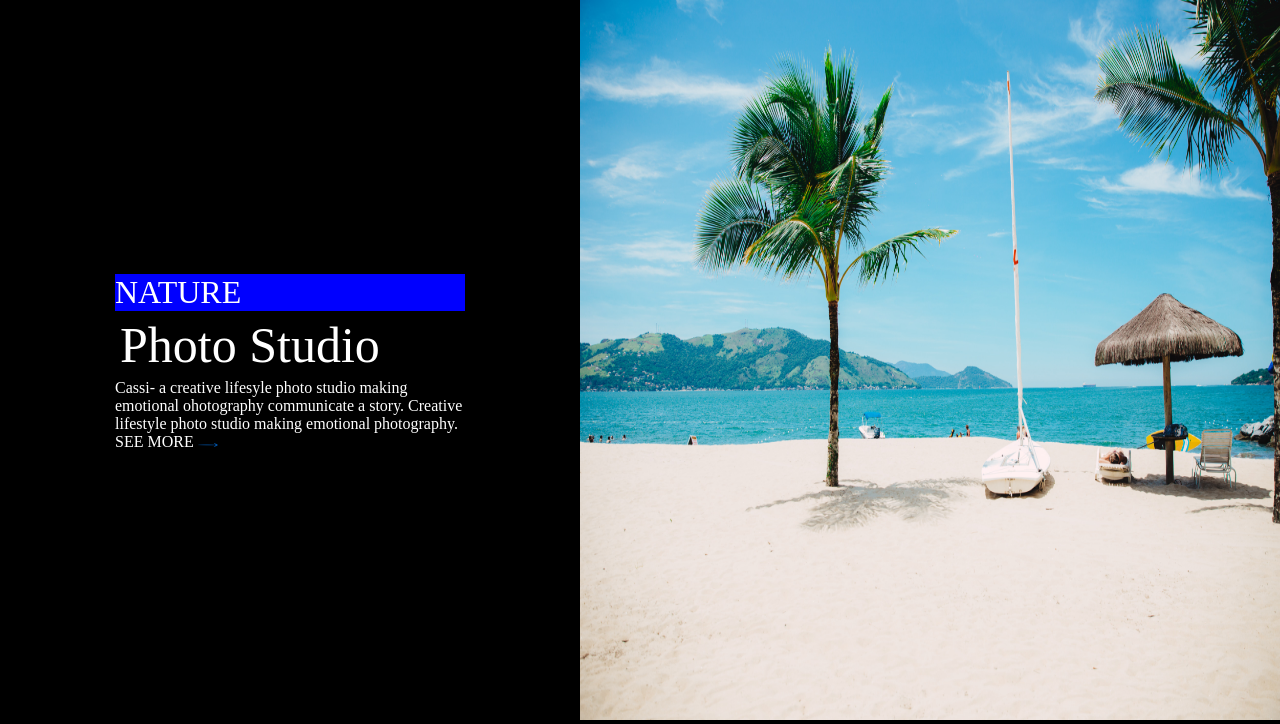
Repository: BRAspeaks/petty-project1
Page: petty project 1.html
An editor plug-in stored every save of this project. The page is shown before and after the next save, followed by the edit.
The browser window is 1280 px wide. The pictures show the whole page.

Above is the page before, as saved 2022-07-25 15:18:23.

After the next save:
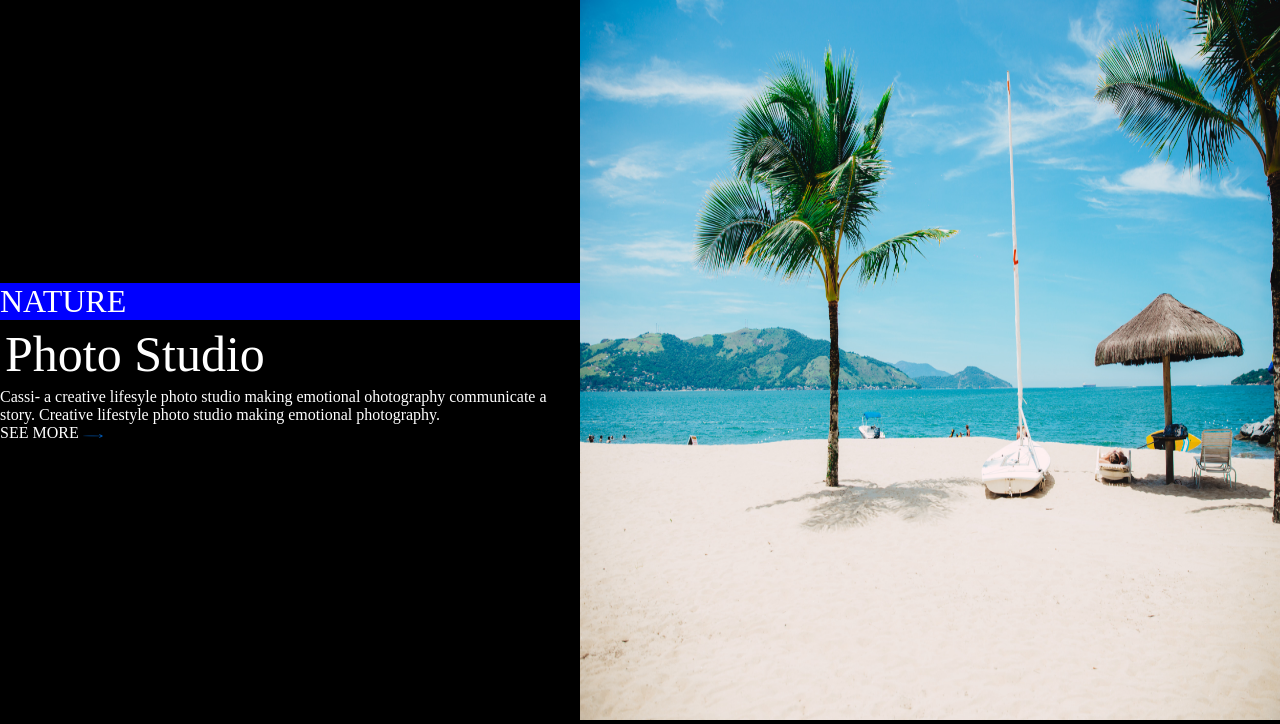
Saved 18 s later.
--- a/pettyproject1.css
+++ b/pettyproject1.css
@@ -14,7 +14,7 @@ body{
 }
 .main{
     text-align: left;
-    width: 350px;
+    width: 100%;
     /* margin-top: 50%;
     margin-bottom: 50%; */
     margin-left: 5%;
